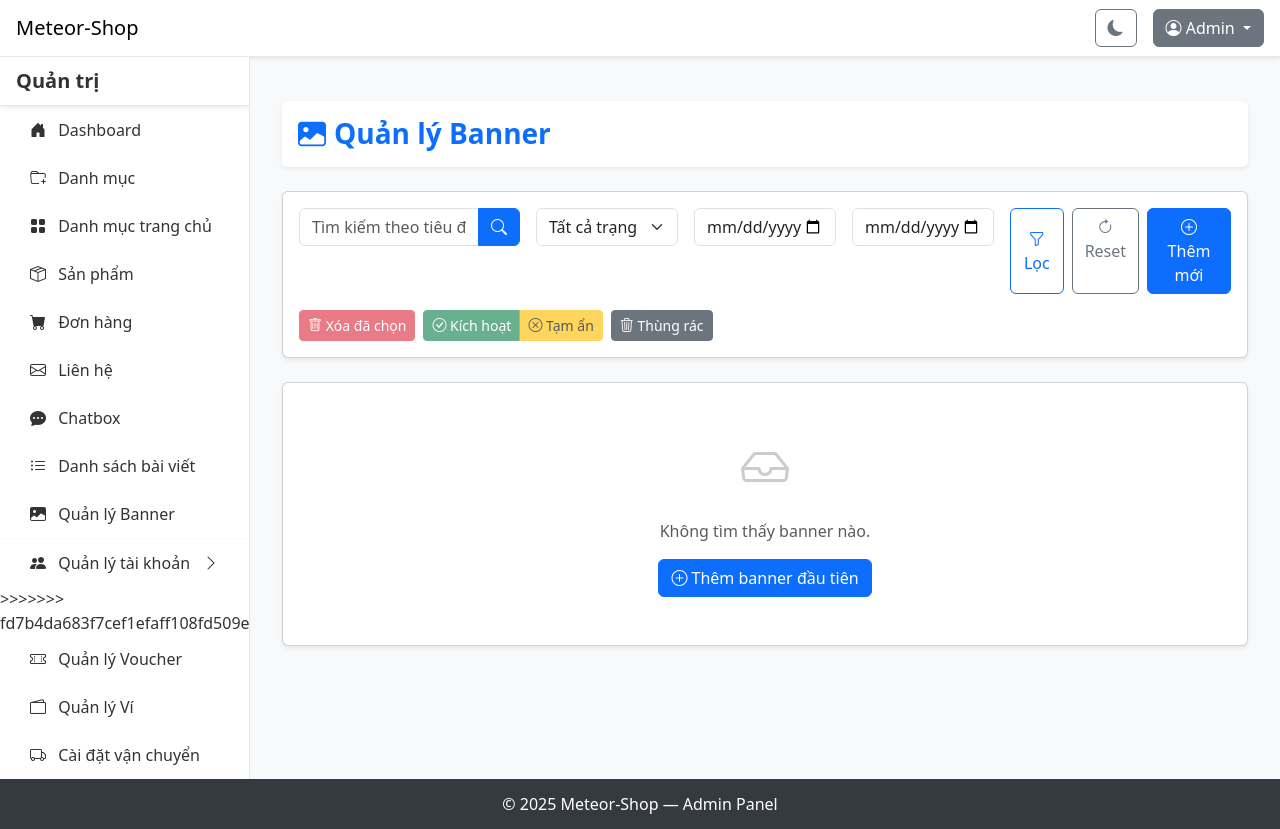
Repository: viethoa0411/Meteor-Shop
Page: resources/views/admin/banners/list.blade.php
An editor plug-in stored every save of this project. The page is shown before and after the next save, followed by the edit.
The browser window is 1280 px wide. The pictures show the whole page.
The page is served by the project's Laravel application, run on PHP 8.4 with Laravel 12. The database holds what the project's SQL file puts in it. The template is opened directly, without the code that normally fills it, so the values that code supplies are empty.

Above is the page before, as saved 2025-12-11 22:52:54.

After the next save:
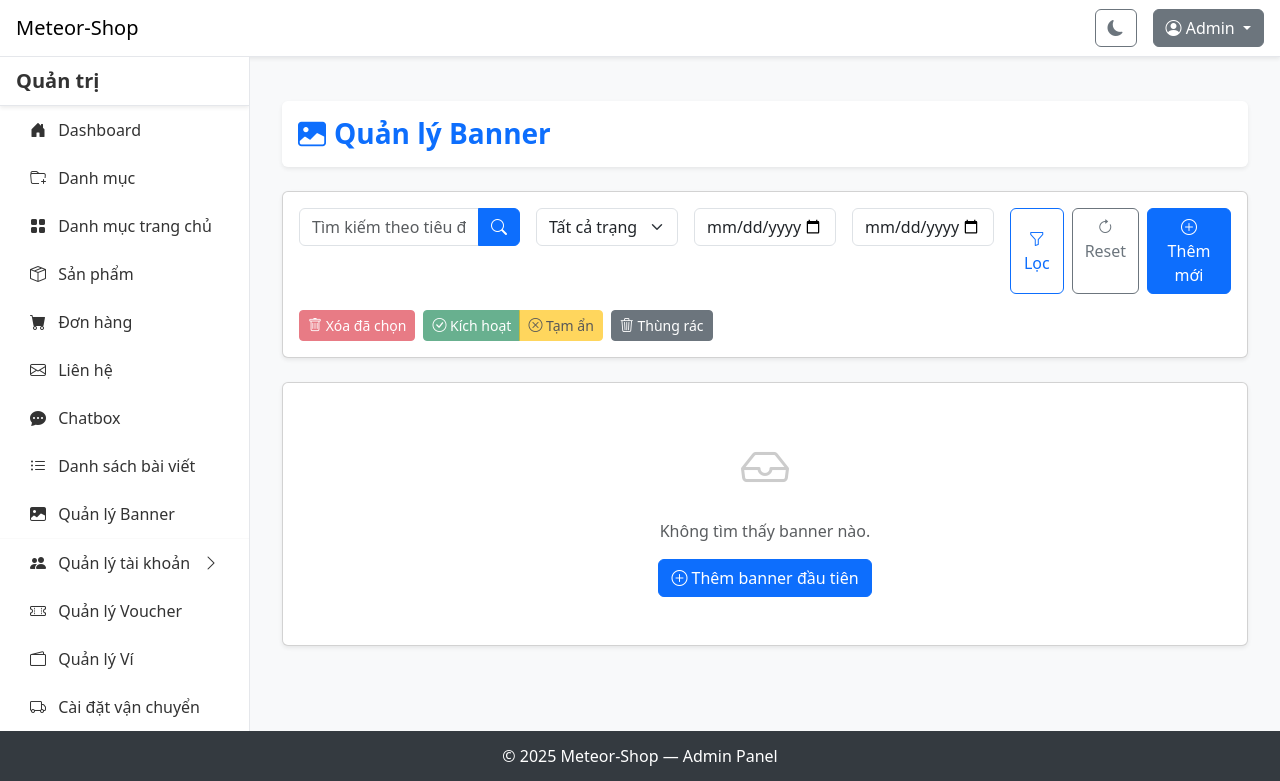
Saved 4 s later.
--- a/resources/views/admin/layouts/app.blade.php
+++ b/resources/views/admin/layouts/app.blade.php
@@ -411,7 +411,6 @@
                         class="bi bi-people-fill me-2"></i> Quản lý tài khoản
                     <i class="bi bi-chevron-right float-end"></i>
                 </a>
->>>>>>> fd7b4da683f7cef1efaff108fd509ead4ee20159
                 <div class="submenu">
                     <a href="{{ route('admin.account.admin.list') }}"
                         class="{{ request()->routeIs('admin.account.admin.*') ? 'active' : '' }}">
